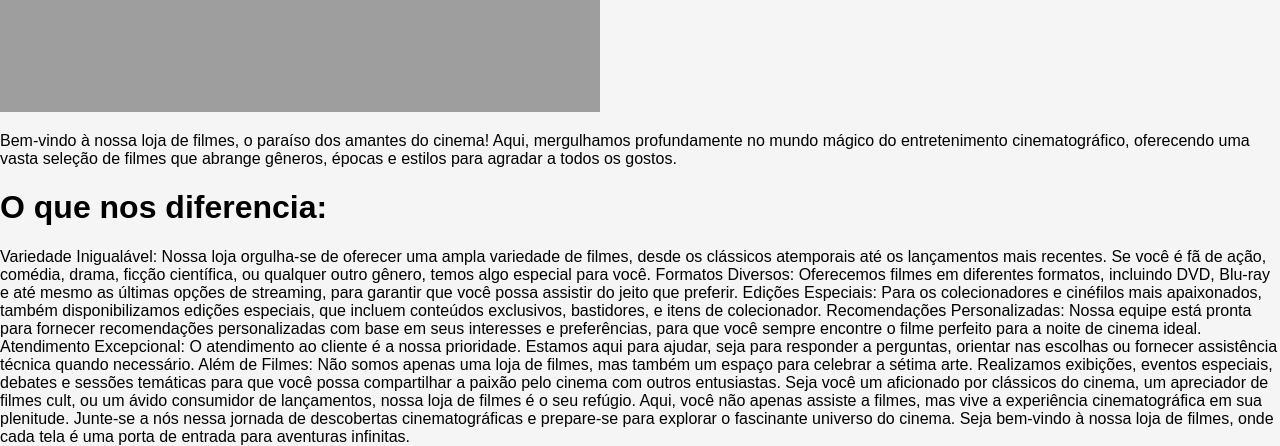
Repository: VictoorLDS/html
Page: NosEncontre.html
An editor plug-in stored every save of this project. The page is shown before and after the next save, followed by the edit.
The browser window is 1280 px wide. The pictures show the part of the page from y = 428 to 1380 px (the page is 874 px tall before and 1404 px after).
Pictures or frames that could not be fetched are drawn as grey boxes.

Above is the page before, as saved 2023-10-25 17:08:51.

After the next save:
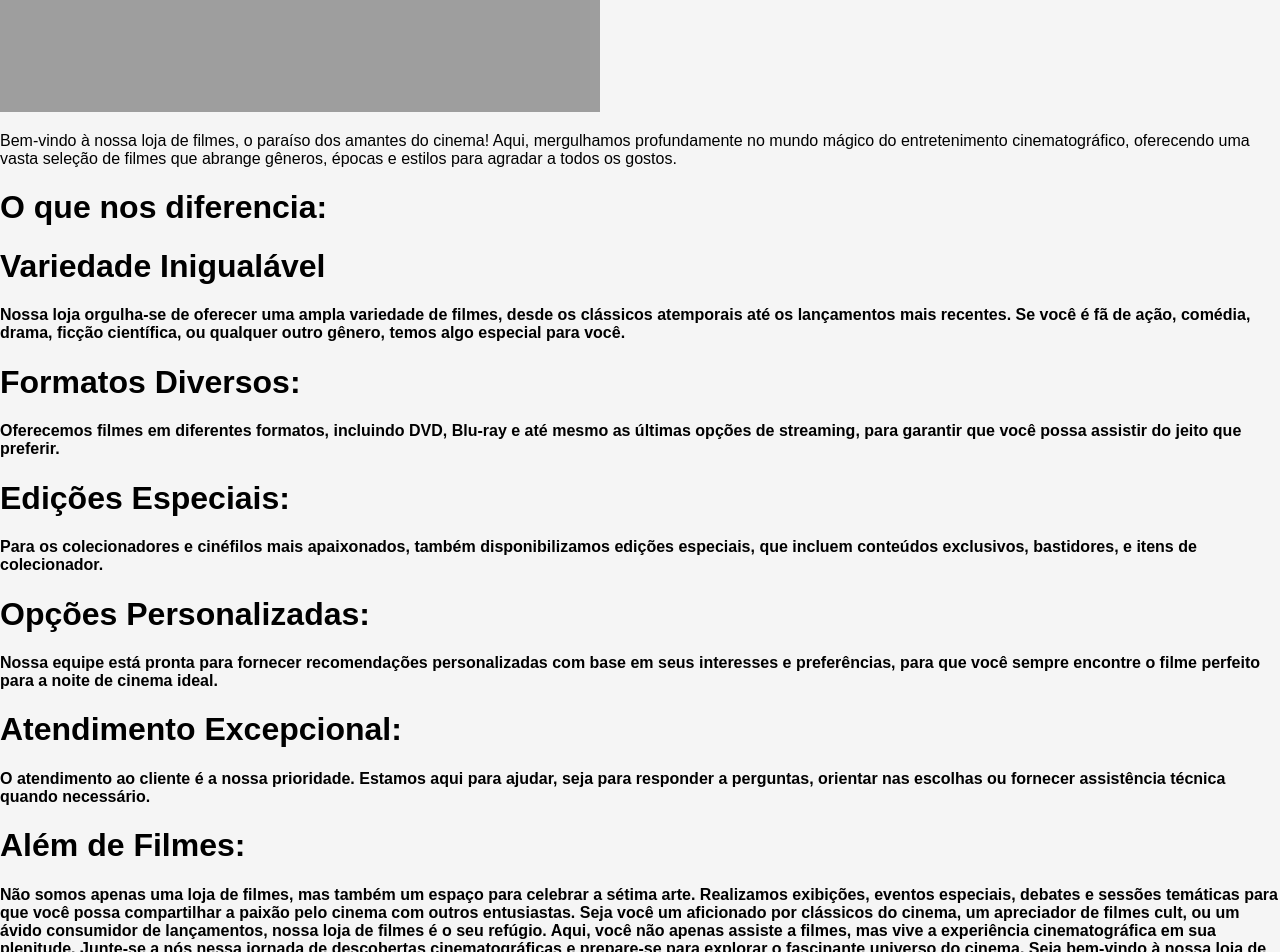
Saved 3 min 56 s later.
--- a/NosEncontre.html
+++ b/NosEncontre.html
@@ -50,23 +50,62 @@
         O que nos diferencia:
     </h1>
 
-        Variedade Inigualável: Nossa loja orgulha-se de oferecer uma ampla variedade de filmes, desde os clássicos
+    <H1>
+
+        Variedade Inigualável
+    </H1>
+    <B>
+
+        Nossa loja orgulha-se de oferecer uma ampla variedade de filmes, desde os clássicos
         atemporais até os lançamentos mais recentes. Se você é fã de ação, comédia, drama, ficção científica, ou
         qualquer outro gênero, temos algo especial para você.
+    </B>
 
-        Formatos Diversos: Oferecemos filmes em diferentes formatos, incluindo DVD, Blu-ray e até mesmo as últimas
+    <H1>
+        Formatos Diversos:
+
+    </H1>
+    <B>
+
+        Oferecemos filmes em diferentes formatos, incluindo DVD, Blu-ray e até mesmo as últimas
         opções de streaming, para garantir que você possa assistir do jeito que preferir.
+    </B>
 
-        Edições Especiais: Para os colecionadores e cinéfilos mais apaixonados, também disponibilizamos edições
+    <H1>
+
+        Edições Especiais:
+    </H1>
+
+    <B>
+
+        Para os colecionadores e cinéfilos mais apaixonados, também disponibilizamos edições
         especiais, que incluem conteúdos exclusivos, bastidores, e itens de colecionador.
+    </B>
 
-        Recomendações Personalizadas: Nossa equipe está pronta para fornecer recomendações personalizadas com base em
+    <h1>
+
+        Opções Personalizadas:
+    </h1>
+    <b>
+
+        Nossa equipe está pronta para fornecer recomendações personalizadas com base em
         seus interesses e preferências, para que você sempre encontre o filme perfeito para a noite de cinema ideal.
+    </b>
 
-        Atendimento Excepcional: O atendimento ao cliente é a nossa prioridade. Estamos aqui para ajudar, seja para
+    <h1> Atendimento Excepcional:</h1>
+
+    <b>
+
+        O atendimento ao cliente é a nossa prioridade. Estamos aqui para ajudar, seja para
         responder a perguntas, orientar nas escolhas ou fornecer assistência técnica quando necessário.
+    </b>
+
+    <h1>
 
         Além de Filmes:
+    </h1>
+
+    <b>
 
         Não somos apenas uma loja de filmes, mas também um espaço para celebrar a sétima arte. Realizamos exibições,
         eventos especiais, debates e sessões temáticas para que você possa compartilhar a paixão pelo cinema com outros
@@ -77,4 +116,5 @@
         experiência cinematográfica em sua plenitude. Junte-se a nós nessa jornada de descobertas cinematográficas e
         prepare-se para explorar o fascinante universo do cinema. Seja bem-vindo à nossa loja de filmes, onde cada tela
         é uma porta de entrada para aventuras infinitas.
+    </b>
 </body>
